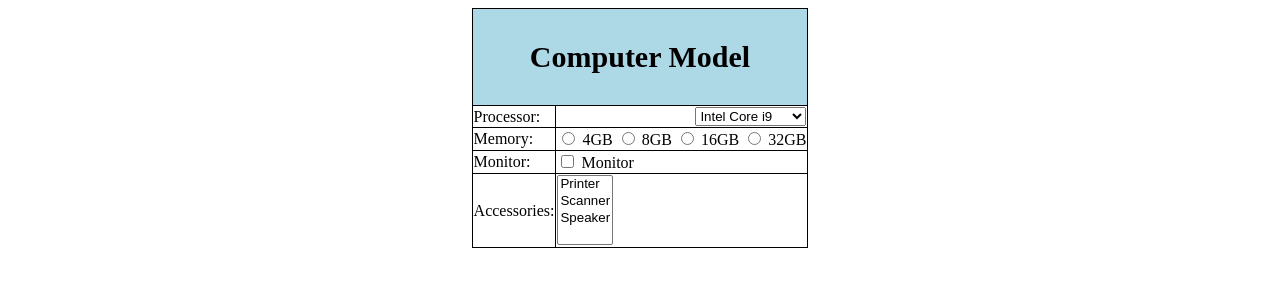
Repository: FatCat0712/JSP
Page: http://localhost/bai_20/computer.jsp
An editor plug-in stored every save of this project. The page is shown before and after the next save, followed by the edit.
The browser window is 1280 px wide. The pictures show the whole page.
The page is served by Tomcat 9.

Above is the page before, as saved 2024-04-22 12:22:38.

After the next save:
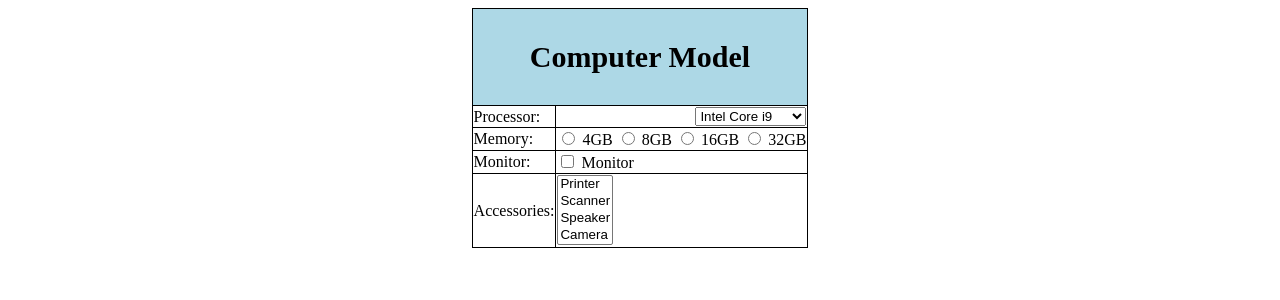
Saved 17 s later.
--- a/bai_20/src/main/webapp/computer.jsp
+++ b/bai_20/src/main/webapp/computer.jsp
@@ -70,6 +70,8 @@
 						<option value="printer">Printer</option>
 						<option value="scanner">Scanner</option>
 						<option value="speaker">Speaker</option>
+						<option value="camera">Camera</option>
+
 
 					</select>
 				</td>
